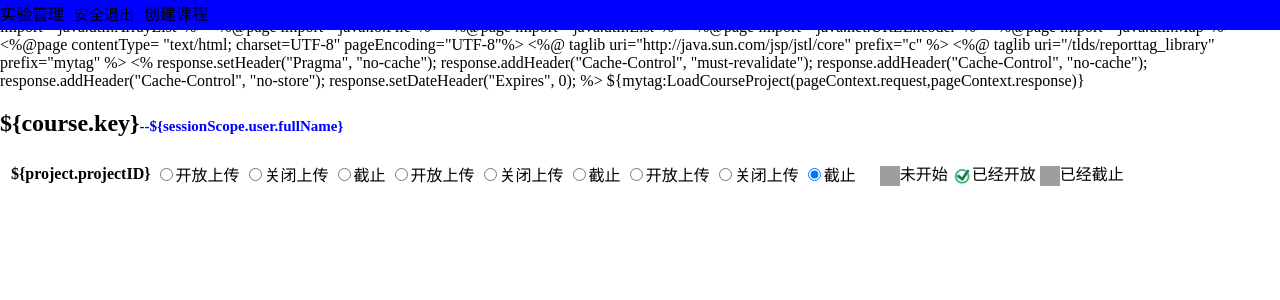
Repository: IAmJiangWenHao/ReportServer
Page: web/demo.html
The author's editor kept a copy of each file at every save. The page is drawn from the files as they stood at one save, then again after the next save.
The browser window is 1280 px wide. The pictures show the whole page.
Pictures or frames that could not be fetched are drawn as grey boxes.

Above is the page before, as saved 2023-05-18 16:26:36.

### web/demo.html
<%@page import="com.report.javabeans.ExpClass"%>
<%@page import="com.report.javabeans.Project"%>
<%@page import="com.report.javabeans.User"%>
<%@page import="java.util.ArrayList"%>
<%@page import="java.io.File"%>
<%@page import="java.util.List"%>
<%@page import="java.net.URLEncoder"%>
<%@page import="java.util.Map"%>
<%@page contentType= "text/html; charset=UTF-8" pageEncoding="UTF-8"%>

<%@ taglib uri="http://java.sun.com/jsp/jstl/core" prefix="c" %>
<%@ taglib uri="/tlds/reporttag_library" prefix="mytag" %>
<!--script type="text/javascript" src="${pageContext.request.contextPath}/script/scriptV1.js?v=1.0"></script-->
<!DOCTYPE html>
<html>
  <%
    response.setHeader("Pragma", "no-cache");
    response.addHeader("Cache-Control", "must-revalidate");
    response.addHeader("Cache-Control", "no-cache");
    response.addHeader("Cache-Control", "no-store");
    response.setDateHeader("Expires", 0);
  %>
  <head>
    <meta http-equiv="Content-Type" content="text/html; charset=UTF-8">
    <title>实验上传系统 </title>
  </head>
  <body style="margin:0">
    ${mytag:LoadCourseProject(pageContext.request,pageContext.response)}
    <script>
      window.onload = function () {//Ajax实现更新项目状态
        var ratios = document.getElementsByTagName("input");//获取所有input（本页面的input只有单选按钮）
        var map = new Map();//记录单选按钮旧值
        for (var i = 0; i < ratios.length; i++) {
          map.set((i + 1).toString(), ratios[i].checked);
          //oninput事件在input的值发生改变时触发，这里监听单选按钮值得改变
          ratios[i].oninput = function () {
            var r = false;
            if (this.value === "deadline") {//是否选择截止
              //是否确认修改
              r = confirm("截止后不可再设置，确定截止？");
            }
            //取消截止
            if (this.value === "deadline" && r === false) {
              var list = document.getElementsByName(this.name);
              for (var j = 0; j < list.length; j++)
                list[j].checked = map.get(list[j].id);
              return;
            }
            ratioName = this.name;
            //确定截止，不允许再更改状态
            if (this.value === "deadline") {
              var list = document.getElementsByName(this.name);
              for (var j = 0; j < list.length; j++)
              {
                list[j].disabled = "disable";
                map.set(list[j].id, list[j].checked);
              }
            } else {
              var list = document.getElementsByName(this.name);
              for (var j = 0; j < list.length; j++)
                map.set(list[j].id, false);
              map.set(this.id, this.checked);
            }
            var formData = new FormData();//FormData 对象
            var course = ratioName.substr(0, ratioName.indexOf("-"));
            var project = ratioName.substr(ratioName.indexOf("-") + 1, ratioName.length - 1);
            //添加KV
            formData.append("project", project);//项目
            formData.append("course", course); //课程名
            formData.append("status", this.value);//状态
            var cell = document.getElementById(this.name);
            //显示实验项目状态提示信息
            cell.innerHTML = "&nbsp;&nbsp;&nbsp;&nbsp;&nbsp;";
            if (this.value === "open")
              cell.innerHTML += "<img style=\"vertical-align: middle;height:20px;width:20px\" src=\"./img/check.jpg\"/>已经开放";
            if (this.value === "close")
              cell.innerHTML += "<img style=\"vertical-align: middle;height:20px;width:20px\" src=\"./img/undone.png\"/>未开始";
            if (this.value === "deadline")
              cell.innerHTML += "<img style=\"vertical-align: middle;height:20px;width:20px\" src=\"./img/deadline.jpg\"/>已截止";
            //1.创建请求对象
            const xhr = new XMLHttpRequest();
            //2.设置请求行，这里用post(get请求数据写在url后面)
            //updateProject.do实现后端更新
            xhr.open("post", getAppPath() + "/updateProject.do");
            //3.设置请求头(get请求可以省略,post不发送数据也可以省略)
            //xhr.setRequestHeader("Content-type","application/x-www-form-urlencoded");
            // 用formData可以不写请求头，写了无法正常上传文件
            //4.请求主体发送(get请求为空，或者写null，post请求数据写在这里，
            //如果没有数据，直接为空或者写null)
            xhr.send(formData);
            //注册回调函数
            xhr.onload = function ()
            {
              if (xhr.readyState === 4)
              {
                if (xhr.status >= 200 && xhr.status <= 300)
                { //判断响应码 2XX 表示成功
                  console.log(xhr.response.toString());
                } else
                  console.log("响应码：" + xhr.status); //状态码
              } else
                console.log(xhr.readyState);
              ;
            };
          };
        }
        ;
      };
    </script>
    <script>
      function getAppPath() {
        //获取当前URL
        var curURL = window.document.location.href;
        //获取主机地址之后的路径部分（就是文件地址）
        var pathName = window.document.location.pathname;
        var pos = curURL.indexOf(pathName);
        //获取应用地址
        var host = curURL.substring(0, pos);
        //获取带"/"的应用名，如：/***
        var webAppName = pathName.substring(0, pathName.substr(1).indexOf('/') + 1);
        return host + webAppName;
      }
    </script>
    <script>
      var isIE = /msie/i.test(navigator.userAgent) && !window.opera;
      function fileChange(target, type) {
        var fileSize = 0;
        var filepath = target.value;
        var filemaxsize = 1024 * 5;//5M
        var flag = -1;
        if (filepath) {
          var fileend = filepath.substring(filepath.lastIndexOf("."));
          // alert(fileend);
          if (type && type.length > 0) {
            //alert(fileend.indexOf(type));
            if (fileend !== ".xlsx") {
              alert("只接受xlsx类型的文件！");
              target.value = "";
              return false;
            }
          }
        } else {
          return false;
        }
        if (isIE && !target.files) {
          var filePath = target.value;
          var fileSystem = new ActiveXObject("Scripting.FileSystemObject");
          if (!fileSystem.FileExists(filePath)) {
            alert("附件不存在，请重新输入！");
            return false;
          }
          var file = fileSystem.GetFile(filePath);
          fileSize = file.Size;
        } else {
          fileSize = target.files[0].size;
        }

        var size = fileSize / 1024;
        if (size > filemaxsize) {
          alert("附件大小不能大于" + filemaxsize / 1024 + "M！");
          target.value = "";
          return false;
        }
        if (size <= 0) {
          alert("附件大小不能为0M！");
          target.value = "";
          return false;
        }
      }
      function Check()
      {
        for (var i = 0; i < document.form1.elements.length - 1; i++)
        {
          if (document.form1.elements[i].value === "")
          {
            alert("不可空！");
            document.form1.elements[i].focus();
            return false;
          }
        }
        return true;
      }
      function cls() {
        var createCell = document.getElementById("createCourse");
        createCell.innerHTML = "";
      }

      function createCourse() {
        var createCell = document.getElementById("createCourse");
        createCell.innerHTML = "<form action=\"../uploadCourseServlet\" enctype=\"multipart/form-data\" method=\"post\" name=\"form1\" onSubmit=\"return Check()\"><table></tr><tr> <td>建课模板：</td><td><a href=\"实验课模板.xlsx\">下载</a></td></tr><tr><td>课程名：</td><td><input style=\" font-size:16px\" type=\"text\" name=\"courseName\" size=\"20\"/>(例：程序设计实验)</td></tr><tr><td>班级：</td><td><input style=\" font-size:16px\" type=\"text\" name=\"className\" size=\"20\"/>(例:信安201)</td></tr><tr> <td>文件：</td><td><input style=\" font-size:16px\" type=\"file\" name=\"file\" size=\"40\" id=\"fup\" onchange=\'fileChange(this,\".xlsx\");\'/></td><tr><td style=\"height:50px;\" align=\"right\" ><input style=\" font-size:16px\" type=\"submit\" value=\"提交\" size='30'/> </td><td align=\"left\"><input style=\" font-size:16px\" type=\"button\" value=\"关闭\" size='30' onclick=\"cls()\"/> </td></tr></table></form>";
      }
    </script>
    <div >
        <div style="display: flex; position: fixed; top: 0; width: 100%; background-color: blue;  height:auto;">
            <div style="margin-right:10px; line-height:30px;width: auto;height:30px;" color="black" > 实验管理</div>
            <div style="margin-right:10px; line-height:30px;width: auto;height:30px; font-size:15px"><a style="color:black;text-decoration: none;" href="../exit">安全退出</a></div>
            <div style="margin-right:10px; line-height:30px;width: auto;height:30px; cursor:hand " onclick="createCourse()">创建课程</div>
        </div>

      <div id="createCourse">

      </div>


    <c:forEach var="course" items="${sessionScope.courseData}" varStatus="statusCourse">
      <h2> ${course.key}<font style="font-size:15px;color:blue">--${sessionScope.user.fullName}</font></h2><p>
      <table>
        <c:forEach var="project" items="${course.value}" varStatus="statusProject">
          <tr style=" height: 30px;border: 1px">
            <td>&nbsp;&nbsp;<b>${project.projectID}</b></td>
            <td><!-- 3.一组单选按钮 radio（同name），只能选一个
                     request.getParameter("***")-->
              <c:if test="${project.state==0}">
                <input type="radio" id="${"course".concat(statusCourse.count).concat(statusProject.count).concat(1)}"  name="${course.key.concat("-").concat(project.projectID)}" value="open">开放上传
                <input type="radio" id="${"course".concat(statusCourse.count).concat(statusProject.count).concat(1)}"  name="${course.key.concat("-").concat(project.projectID)}" value="close" checked="true">关闭上传
                <input type="radio" id="${"course".concat(statusCourse.count).concat(statusProject.count).concat(1)}"  name="${course.key.concat("-").concat(project.projectID)}" value="deadline">截止
              </c:if>
              <c:if test="${project.state==1}">
                <input type="radio" id="${"course".concat(statusCourse.count).concat(statusProject.count).concat(1)}"  name="${course.key.concat("-").concat(project.projectID)}" value="open" checked="true">开放上传
                <input type="radio" id="${"course".concat(statusCourse.count).concat(statusProject.count).concat(1)}"  name="${course.key.concat("-").concat(project.projectID)}" value="close" >关闭上传
                <input type="radio" id="${"course".concat(statusCourse.count).concat(statusProject.count).concat(1)}"  name="${course.key.concat("-").concat(project.projectID)}" value="deadline">截止
              </c:if>
              <c:if test="${project.state==2}">
                <input type="radio" id="${"course".concat(statusCourse.count).concat(statusProject.count).concat(1)}"  name="${course.key.concat("-").concat(project.projectID)}" value="open">开放上传
                <input type="radio" id="${"course".concat(statusCourse.count).concat(statusProject.count).concat(1)}"  name="${course.key.concat("-").concat(project.projectID)}" value="close" >关闭上传
                <input type="radio" id="${"course".concat(statusCourse.count).concat(statusProject.count).concat(1)}"  name="${course.key.concat("-").concat(project.projectID)}" value="deadline" checked="true">截止
              </c:if>
            </td>
            <td id="${course.key.concat("-").concat(project.projectID)}">&nbsp;&nbsp;&nbsp;&nbsp;
              <c:if test="${project.state==0}" >
                <img style="vertical-align: middle;height:20px;width:20px" alt="" src="../img/undone.jpg"/>未开始
              </c:if>
              <c:if test="${project.state==1}" >
                <img style="vertical-align: middle;height:20px;width:20px" alt="" src="../img/check.jpg"/>已经开放
              </c:if>
              <c:if test="${project.state==2}" >
                <img style="vertical-align: middle;height:20px;width:20px" alt="" src="../img/deadline.png"/>已经截止
              </c:if>
            </td>
          </tr>
        </c:forEach>
      </table>
    </c:forEach>
  </div>
</body>
</html>

After the next save:
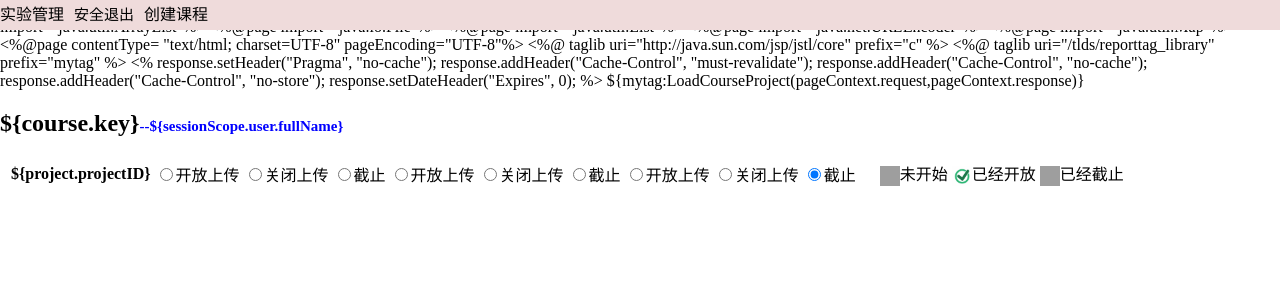
Saved 72 s later.
--- a/web/demo.html
+++ b/web/demo.html
@@ -191,7 +191,7 @@
       }
     </script>
     <div >
-        <div style="display: flex; position: fixed; top: 0; width: 100%; background-color: blue;  height:auto;">
+        <div style="display: flex; position: fixed; top: 0; width: 100%; background-color:rgb(239, 219, 219);  height:auto;">
             <div style="margin-right:10px; line-height:30px;width: auto;height:30px;" color="black" > 实验管理</div>
             <div style="margin-right:10px; line-height:30px;width: auto;height:30px; font-size:15px"><a style="color:black;text-decoration: none;" href="../exit">安全退出</a></div>
             <div style="margin-right:10px; line-height:30px;width: auto;height:30px; cursor:hand " onclick="createCourse()">创建课程</div>
